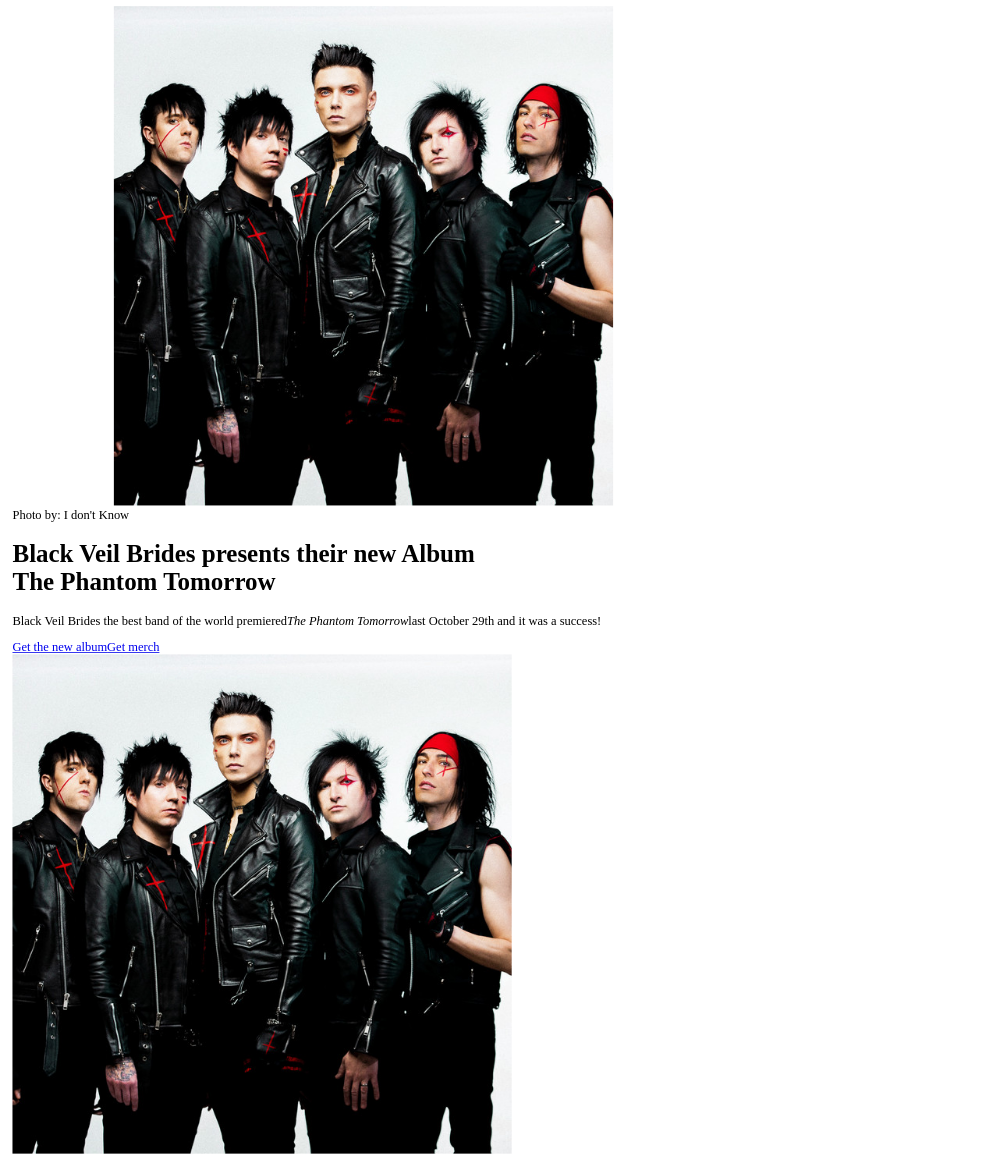
Repository: MaidedPonce/bvb-tail
Page: /
An editor plug-in stored every save of this project. The page is shown before and after the next save, followed by the edit.
The browser window is 1280 px wide. The pictures show the whole page, at 78% of full size.
The project was rebuilt for these pictures with package versions that can differ from the ones it lists, and the page was loaded fresh each time. Also part of the build but not shown: webpack.config.js, styles/App.scss.

Above is the page before, as saved 2021-11-18 20:08:18.

After the next save:
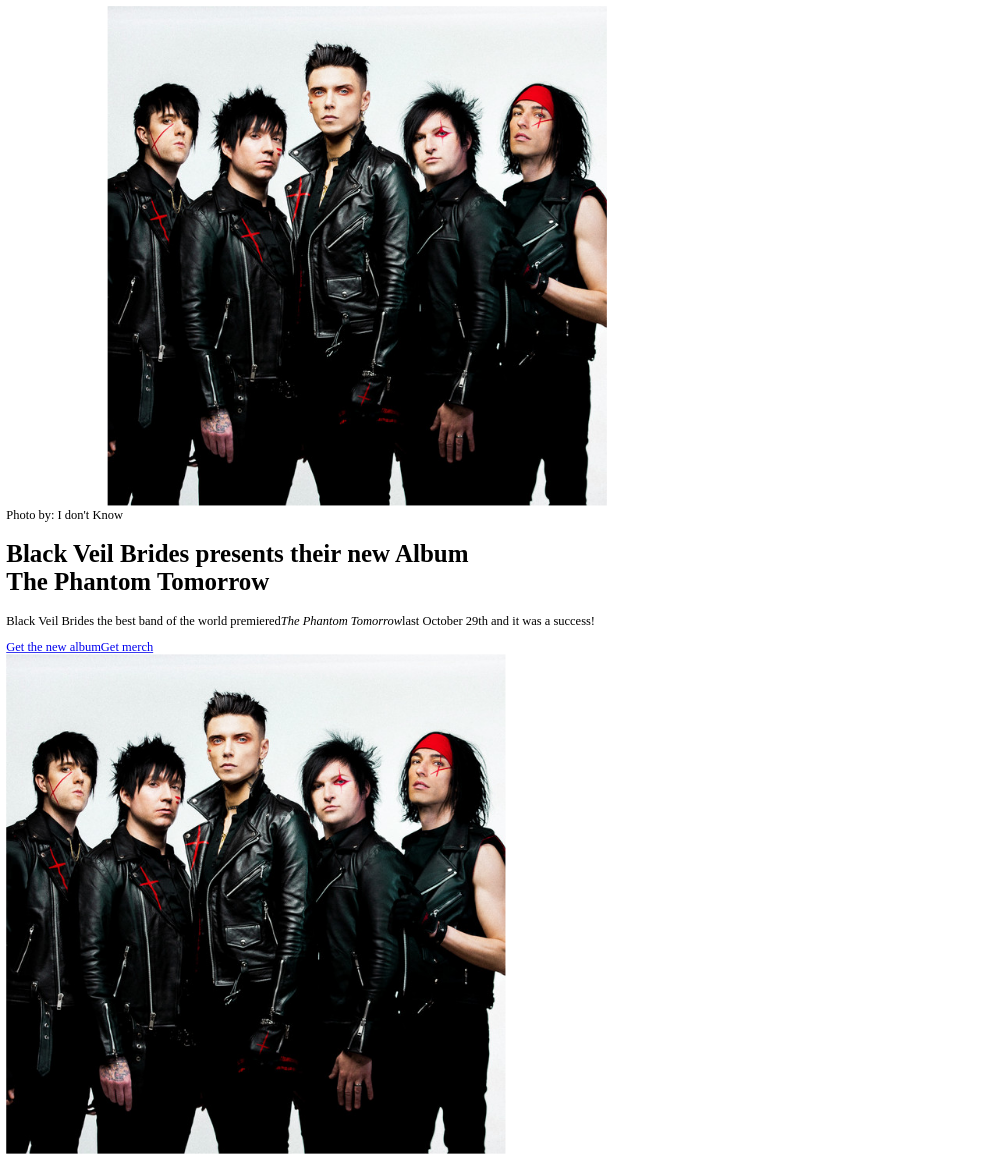
Saved 17 s later.
--- a/containers/App.jsx
+++ b/containers/App.jsx
@@ -3,7 +3,7 @@
 
 const App = () => {
     return (
-        <body class="bg-gray-300">
+        <div class="bg-gray-300">
         <div class="bg-gray-800 grid md:grid-cols-2 2xl:grid-cols-5">
             <div
                 class="px-8 py-12 m-auto max-w-md max-auto sm:max-w-x1 lg:px-12 lg:py-24 lg:max-w-full xl:mr-0  2xl:col-span-2">
@@ -35,7 +35,7 @@
 
             </div>
         </div>
-    </body>
+    </div>
     )
 }
 
